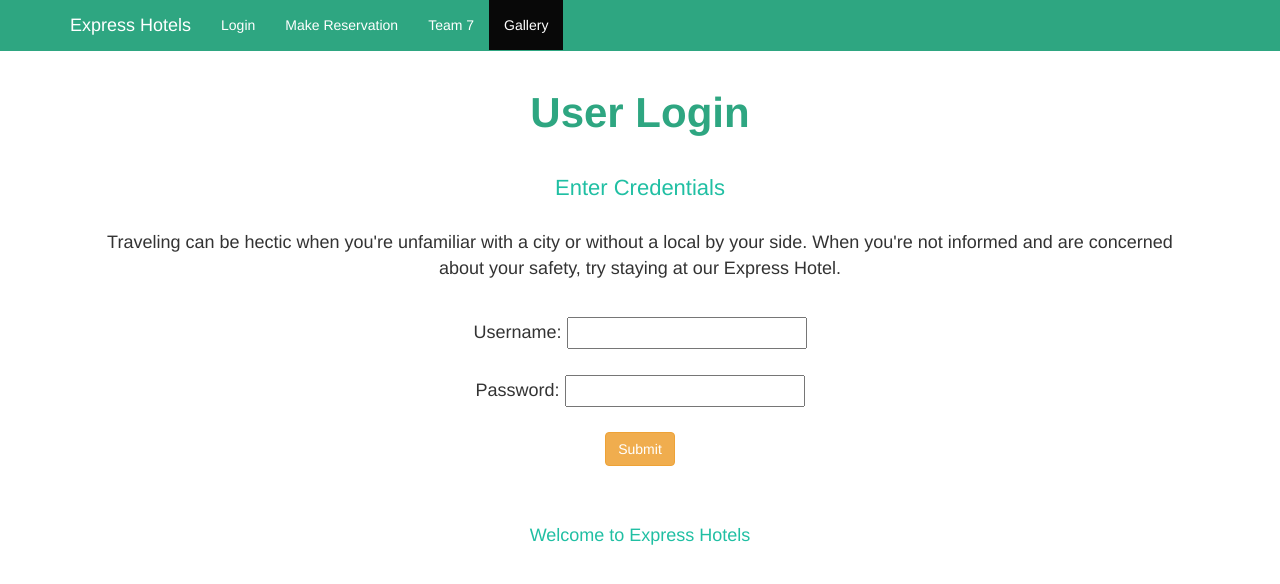
Repository: arjunshukla/CMPE-275_Team-07_Term-Project_Mini-Hotel-Manager
Page: NodeJS_webapp/client/gallery.html
The author's editor kept a record of every edit. The page is drawn from the files as they stood at one moment, then again after the next edit.
The browser window is 1280 px wide. The pictures show the whole page.
Some web libraries are served in a nearby version.

Above is the page before.

### NodeJS_webapp/client/gallery.html
<!DOCTYPE html>
<html lang="en">

<head>
	<meta charset="utf-8">
	<meta http-equiv="X-UA-Compatible" content="IE=edge">
	<meta name="viewport" content="width=device-width, initial-scale=1">
	<!-- The above 3 meta tags *must* come first in the head; any other head content must come *after* these tags -->
	<meta name="description" content="">
	<meta name="author" content="">
	<link rel="icon" href="../../favicon.ico">

	<title>Login Page</title>

	<!-- Bootstrap core CSS -->
	<link href="./css/bootstrap.min.css" rel="stylesheet">
	<!--<link href="./css/bootstrap.css" rel="stylesheet">-->

	<link href="./css/new-template-pally.css" rel="stylesheet">


	<!--<script language="Javascript">-->
	<!--	function validateForm() {-->
	<!--		var username = document.loginForm.username.value;-->
	<!--		var password = document.loginForm.password.value;-->
	<!--		if (username == "" || password == "") {-->
	<!--			alert("Form must be completely filled.");-->
	<!--			return false;-->
	<!--		}-->
	<!--	}-->
	<!--</script>-->
</head>

<body>

	<nav class="navbar navbar-inverse navbar-fixed-top">
		<div class="container">
			<div class="navbar-header">
				<button type="button" class="navbar-toggle collapsed" data-toggle="collapse" data-target="#navbar" aria-expanded="false" aria-controls="navbar">
					<span class="sr-only">Toggle navigation</span>
					<span class="icon-bar"></span>
					<span class="icon-bar"></span>
					<span class="icon-bar"></span>
				</button>
				<a class="navbar-brand" href="#">Express Hotels</a>
			</div>
			<div id="navbar" class="collapse navbar-collapse">
				<ul class="nav navbar-nav">

                    <li><a href="login.html">Login</a></li>
                    <li ><a href="index.html">Make Reservation</a></li>
                    <li><a href="meet_our_team.html">Team 7</a></li>
                    <li class="active"><a href="gallery.html">Gallery</a></li>
                </ul>
			</div>
			<!--/.nav-collapse -->
		</div>
	</nav>

	<div class="container">

		<div class="pally-starter-template">
			<!--   <h1>Bootstrap starter template</h1>
        <p class="lead">Use this document as a way to quickly start any new project.<br> All you get is this text and a mostly barebones HTML document.</p>
         -->

			<div class="col-md-12 Share-instantly-right" style="text-align:center;">
				<br>
				<h3>User Login</h3>
				<br>
				<h4 style="color:#20bfa3; font-size:22px;">Enter Credentials</h4>
				<br>
				<p class="head-para"><font size="4">Traveling can be hectic when you're unfamiliar with a city or without a local by your side.  When you're not informed and are concerned about your safety, try staying at our Express Hotel.
					<br><br>
					<form style="text-align:center;" class="head-para" name='loginForm' onsubmit="return validateForm()" action="/loginUser" method='POST' enctype='application/json'>
						Username: <input type='text' name='user_name'> <br><br>
						Password: <input type='password' name='password' />
							<br></br>
								 <button type="submit" class="btn  btn-warning">Submit</button>
							</td>
						</tr>
						</form>
					</table>
					<!-- <input type='submit' value="submit"> -->
					<!--<input type="hidden" name="${_csrf.parameterName}"-->
					<!--	value="${_csrf.token}" />-->


					</font></p>

				<br/>
				<br>
				<div class="col-md-12">
					<h4 style="color:#20bfa3; font-size:18px;">Welcome to Express Hotels</h4>
					<br/>
					<br/>
					<br/>
					<br/>

					<!--<div class="row">-->
					<!--	<div class="col-sm-6"><img src="images/iphone.png"></div>-->
					<!--	<div class="col-sm-6"><img src="images/google.png">-->
					<!--		<div>-->
					<!--		</div>-->

					<!--	</div>-->
					<!--</div>-->


				</div>
				<div class="clearfix"> </div>
			</div>







			<div class="row">

				<div class="col-sm-3">



				</div>

				<div class="col-sm-6">

				</div>

			</div>


		</div>

	</div>
	<!-- /.container -->


	<!-- Bootstrap core JavaScript
    ================================================== -->
	<!-- Placed at the end of the document so the pages load faster -->
	<script src="https://ajax.googleapis.com/ajax/libs/jquery/1.11.3/jquery.min.js"></script>
	<script src="./js/bootstrap.min.js"></script>

</body>

</html>

### NodeJS_webapp/client/css/new-template-pally.css
body {
	padding-top: 50px;
}

.starter-template {
	padding: 40px 15px;
	text-align: center;
}

.navbar-inverse {
	background-color: #2ea681;
	border-color: #2ea681;
}

.navbar-inverse .navbar-nav>li>a {
	color: #ffffff;
}

.navbar-inverse .navbar-brand {
	color: #ffffff;
}

.Share-instantly-right h3{


	font-weight: 700;
    font-size: 3em;
    color: #2ea681;
    text-align: center;
}

Loaded but not shown: NodeJS_webapp/client/css/bootstrap.min.css (library); NodeJS_webapp/client/js/bootstrap.min.js (library)

After the next edit:
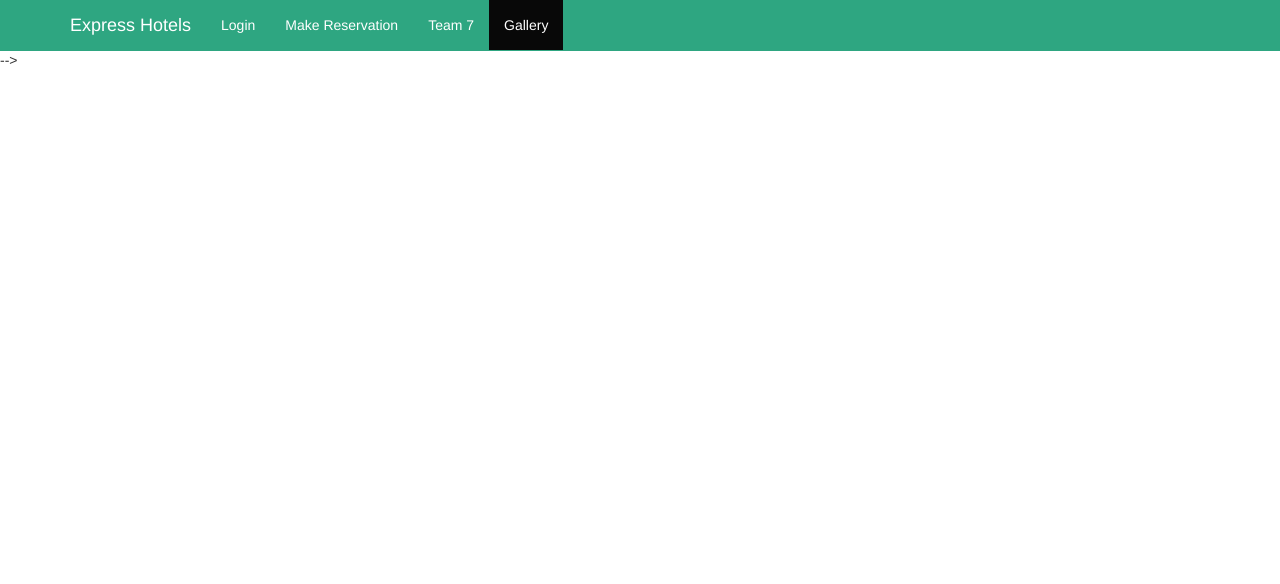
The edit:
--- a/NodeJS_webapp/client/gallery.html
+++ b/NodeJS_webapp/client/gallery.html
@@ -57,45 +57,45 @@
 		</div>
 	</nav>
 
-	<div class="container">
+	<!--<div class="container">-->
 
-		<div class="pally-starter-template">
+	<!--	<div class="pally-starter-template">-->
 			<!--   <h1>Bootstrap starter template</h1>
-        <p class="lead">Use this document as a way to quickly start any new project.<br> All you get is this text and a mostly barebones HTML document.</p>
-         -->
+ <!--       <p class="lead">Use this document as a way to quickly start any new project.<br> All you get is this text and a mostly barebones HTML document.</p>-->
+ <!--        -->-->
 
-			<div class="col-md-12 Share-instantly-right" style="text-align:center;">
-				<br>
-				<h3>User Login</h3>
-				<br>
-				<h4 style="color:#20bfa3; font-size:22px;">Enter Credentials</h4>
-				<br>
-				<p class="head-para"><font size="4">Traveling can be hectic when you're unfamiliar with a city or without a local by your side.  When you're not informed and are concerned about your safety, try staying at our Express Hotel.
-					<br><br>
-					<form style="text-align:center;" class="head-para" name='loginForm' onsubmit="return validateForm()" action="/loginUser" method='POST' enctype='application/json'>
-						Username: <input type='text' name='user_name'> <br><br>
-						Password: <input type='password' name='password' />
-							<br></br>
-								 <button type="submit" class="btn  btn-warning">Submit</button>
-							</td>
-						</tr>
-						</form>
-					</table>
+	<!--		<div class="col-md-12 Share-instantly-right" style="text-align:center;">-->
+	<!--			<br>-->
+	<!--			<h3>User Login</h3>-->
+	<!--			<br>-->
+	<!--			<h4 style="color:#20bfa3; font-size:22px;">Enter Credentials</h4>-->
+	<!--			<br>-->
+	<!--			<p class="head-para"><font size="4">Traveling can be hectic when you're unfamiliar with a city or without a local by your side.  When you're not informed and are concerned about your safety, try staying at our Express Hotel.-->
+	<!--				<br><br>-->
+	<!--				<form style="text-align:center;" class="head-para" name='loginForm' onsubmit="return validateForm()" action="/loginUser" method='POST' enctype='application/json'>-->
+	<!--					Username: <input type='text' name='user_name'> <br><br>-->
+	<!--					Password: <input type='password' name='password' />-->
+	<!--						<br></br>-->
+	<!--							 <button type="submit" class="btn  btn-warning">Submit</button>-->
+	<!--						</td>-->
+	<!--					</tr>-->
+	<!--					</form>-->
+	<!--				</table>-->
 					<!-- <input type='submit' value="submit"> -->
 					<!--<input type="hidden" name="${_csrf.parameterName}"-->
 					<!--	value="${_csrf.token}" />-->
 
 
-					</font></p>
+	<!--				</font></p>-->
 
-				<br/>
-				<br>
-				<div class="col-md-12">
-					<h4 style="color:#20bfa3; font-size:18px;">Welcome to Express Hotels</h4>
-					<br/>
-					<br/>
-					<br/>
-					<br/>
+	<!--			<br/>-->
+	<!--			<br>-->
+	<!--			<div class="col-md-12">-->
+	<!--				<h4 style="color:#20bfa3; font-size:18px;">Welcome to Express Hotels</h4>-->
+	<!--				<br/>-->
+	<!--				<br/>-->
+	<!--				<br/>-->
+	<!--				<br/>-->
 
 					<!--<div class="row">-->
 					<!--	<div class="col-sm-6"><img src="images/iphone.png"></div>-->
@@ -107,9 +107,9 @@
 					<!--</div>-->
 
 
-				</div>
-				<div class="clearfix"> </div>
-			</div>
+	<!--			</div>-->
+	<!--			<div class="clearfix"> </div>-->
+	<!--		</div>-->
 
 
 
@@ -117,24 +117,24 @@
 
 
 
-			<div class="row">
+	<!--		<div class="row">-->
 
-				<div class="col-sm-3">
+	<!--			<div class="col-sm-3">-->
 
 
 
-				</div>
+	<!--			</div>-->
 
-				<div class="col-sm-6">
+	<!--			<div class="col-sm-6">-->
 
-				</div>
+	<!--			</div>-->
 
-			</div>
+	<!--		</div>-->
 
 
-		</div>
+	<!--	</div>-->
 
-	</div>
+	<!--</div>-->
 	<!-- /.container -->
 
 
